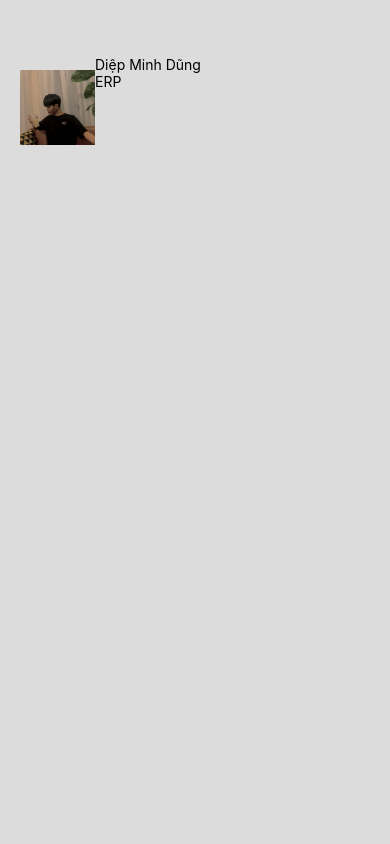
Repository: diepdung02/AppPTC
Screen: /Home
An editor plug-in stored every save of this project. The screen is shown before and after the next save, followed by the edit.
The app was drawn by React Native's web renderer in a window 390 px wide. The project was rebuilt for these pictures with package versions that can differ from the ones it lists, and the page was loaded fresh each time.

Above is the screen before, as saved 2024-06-29 13:11:44.

### App.tsx
import React from 'react';
import 'react-native-gesture-handler';
import { NavigationContainer } from '@react-navigation/native';
import { createStackNavigator } from '@react-navigation/stack';
import { createMaterialTopTabNavigator } from '@react-navigation/material-top-tabs';
import { LoginScreen, HomeScreen } from './screen/index';
import COLORS from './constants/Color';


const Stack = createStackNavigator();
const Tab = createMaterialTopTabNavigator();



const App: React.FC = () => {
  return (
    <NavigationContainer>
      <Stack.Navigator initialRouteName="Login">
        <Stack.Screen name="Login" component={LoginScreen} options={{ headerShown: false }} />
        <Stack.Screen name="Home" component={HomeScreen} options={{ headerShown: false }} />
      </Stack.Navigator>
    </NavigationContainer>
  );
};

export default App;

### screen/index.tsx
import LoginScreen from './auth/LoginScreen';
import HomeScreen from './home/HomeScreen';

export{
    LoginScreen,
    HomeScreen

}

### screen/auth/LoginScreen.tsx
import React, { useState, useEffect } from 'react';
import { View, TextInput, StyleSheet, TouchableOpacity, Text, Image } from 'react-native';
import { FontAwesome, MaterialIcons } from '@expo/vector-icons';
import { Formik } from 'formik';
import * as Yup from 'yup';
import AsyncStorage from '@react-native-async-storage/async-storage';
import COLORS from '../../constants/Color';

type LoginProps = {
  navigation: any;
};

type FormValues = {
  username: string;
  password: string;
};

const LoginScreen: React.FC<LoginProps> = ({ navigation }) => {
  const [hidePassword, setHidePassword] = useState<boolean>(true);
  const [rememberPassword, setRememberPassword] = useState<boolean>(false);

  useEffect(() => {
    const checkRememberPassword = async () => {
      try {
        const savedPassword = await AsyncStorage.getItem('password');
        if (savedPassword) {
          setRememberPassword(true);
        }
      } catch (error) {
        console.error('Error reading password from AsyncStorage:', error);
      }
    };
    checkRememberPassword();
  }, []);

  const togglePasswordVisibility = () => {
    setHidePassword(!hidePassword);
  };

  const handleLogin = (values: FormValues) => {
    // Hiện thông báo đăng nhập thành công và điều hướng đến HomeScreen
    alert('Đăng nhập thành công!');
    navigation.navigate('Home');
  };

  const validationSchema = Yup.object({
    username: Yup.string().required('Chưa nhập tên đăng nhập'),
    password: Yup.string().required('Chưa nhập mật khẩu'),
  });

  return (
    <Formik
      initialValues={{
        username: 'dung',
        password: '123',
      }}
      validationSchema={validationSchema}
      onSubmit={(values) => handleLogin(values)}
    >
      {({ values, touched, errors, handleChange, handleSubmit, handleBlur }) => (
        <View style={styles.container}>
          <Image source={require('../../assets/logo.png')} style={styles.logo} />
          <View style={styles.inputContainer}>
            <FontAwesome name="user" size={20} color="black" />
            <TextInput
              style={styles.textInput}
              placeholder="Username"
              value={values.username}
              onChangeText={handleChange('username')}
              onBlur={handleBlur('username')}
            />
          </View>
          {touched.username && errors.username && (
            <Text style={styles.errorText}>{errors.username}</Text>
          )}

          <View style={styles.inputContainer}>
            <FontAwesome name="lock" size={20} color="black" />
            <TextInput
              style={styles.textInput}
              placeholder="Password"
              secureTextEntry={hidePassword}
              value={values.password}
              onChangeText={handleChange('password')}
              onBlur={handleBlur('password')}
            />
            <TouchableOpacity onPress={togglePasswordVisibility}>
              <MaterialIcons name={hidePassword ? 'visibility-off' : 'visibility'} size={20} color="black" />
            </TouchableOpacity>
          </View>
          {touched.password && errors.password && (
            <Text style={styles.errorText}>{errors.password}</Text>
          )}

          <TouchableOpacity style={styles.loginButton} onPress={handleSubmit as any}>
            <Text style={styles.buttonText}>Login</Text>
          </TouchableOpacity>
          <TouchableOpacity onPress={() => navigation.navigate('ForgotPassword')}>
            <Text style={styles.forgotPasswordText}>Forgot Password?</Text>
          </TouchableOpacity>
        </View>
      )}
    </Formik>
  );
};

const styles = StyleSheet.create({
  container: {
    flex: 1,
    backgroundColor: COLORS.colorMain,
    alignItems: 'center',
    justifyContent: 'center',
  },
  logo: {
    width: 150,
    height: 150,
    marginBottom: 50,
  },
  inputContainer: {
    flexDirection: 'row',
    alignItems: 'center',
    backgroundColor: '#FFFFFF',
    borderRadius: 5,
    width: '80%',
    marginBottom: 20,
    padding: 10,
  },
  textInput: {
    flex: 1,
    marginLeft: 10,
  },
  loginButton: {
    backgroundColor: COLORS.blue,
    width: '80%',
    padding: 15,
    borderRadius: 5,
    alignItems: 'center',
  },
  buttonText: {
    color: 'white',
    fontSize: 16,
  },
  forgotPasswordText: {
    color: '#005A8C',
    marginTop: 20,
  },
  errorText: {
    color: 'red',
    fontSize: 12,
    marginBottom: 20,
  },
});

export default LoginScreen;

### screen/home/HomeScreen.tsx
import { View, Text, Image, StyleSheet } from 'react-native'
import React from 'react'
import COLORS from '../../constants/Color'

const HomeScreen:React.FC = () => {
  return (
    <View style={styles.container}>
      <View style={styles.inforContainer}>
        <Image source={require("../../assets/avatar.jpg")} style={styles.avatar}></Image>
        <View style={styles.txtName}>
      <Text style={styles.txtName}>Diệp Minh Dũng</Text>
      <Text style={styles.txtDept}>ERP</Text>
      </View>
      </View>
    </View>
  )
}

const styles = StyleSheet.create({
  container:{
    flex:1,
    backgroundColor:COLORS.colorMain,
  },
  avatar:{
    width:75,
    height:75,
    marginTop:70,
    marginLeft:20,
  },
  inforContainer:{
    flexDirection:"row",
    alignItems:"center"
  },
  txtInfor:{
    fontSize:20,
    marginTop:50,
  },
  txtDept:{

  }
})

export default HomeScreen

### constants/Color.tsx
const COLORS = {
    colorMain:"#DCDCDC",
    blue: "#09648C"

  };
  export default COLORS;

After the next save:
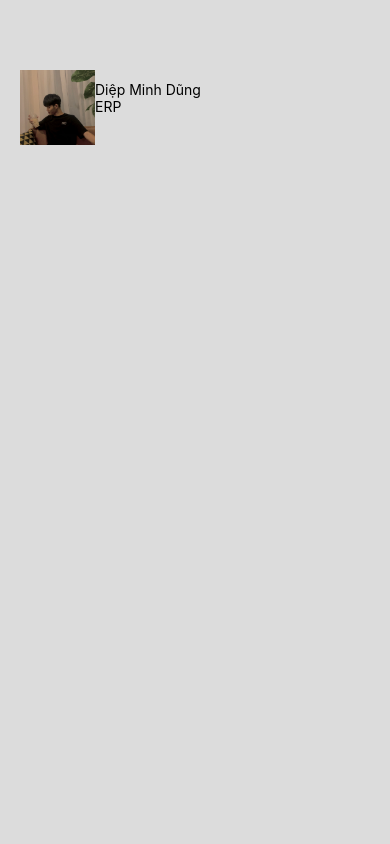
Saved 10 s later.
--- a/screen/home/HomeScreen.tsx
+++ b/screen/home/HomeScreen.tsx
@@ -7,7 +7,7 @@ const HomeScreen:React.FC = () => {
     <View style={styles.container}>
       <View style={styles.inforContainer}>
         <Image source={require("../../assets/avatar.jpg")} style={styles.avatar}></Image>
-        <View style={styles.txtName}>
+        <View style={styles.txtInfor}>
       <Text style={styles.txtName}>Diệp Minh Dũng</Text>
       <Text style={styles.txtDept}>ERP</Text>
       </View>
